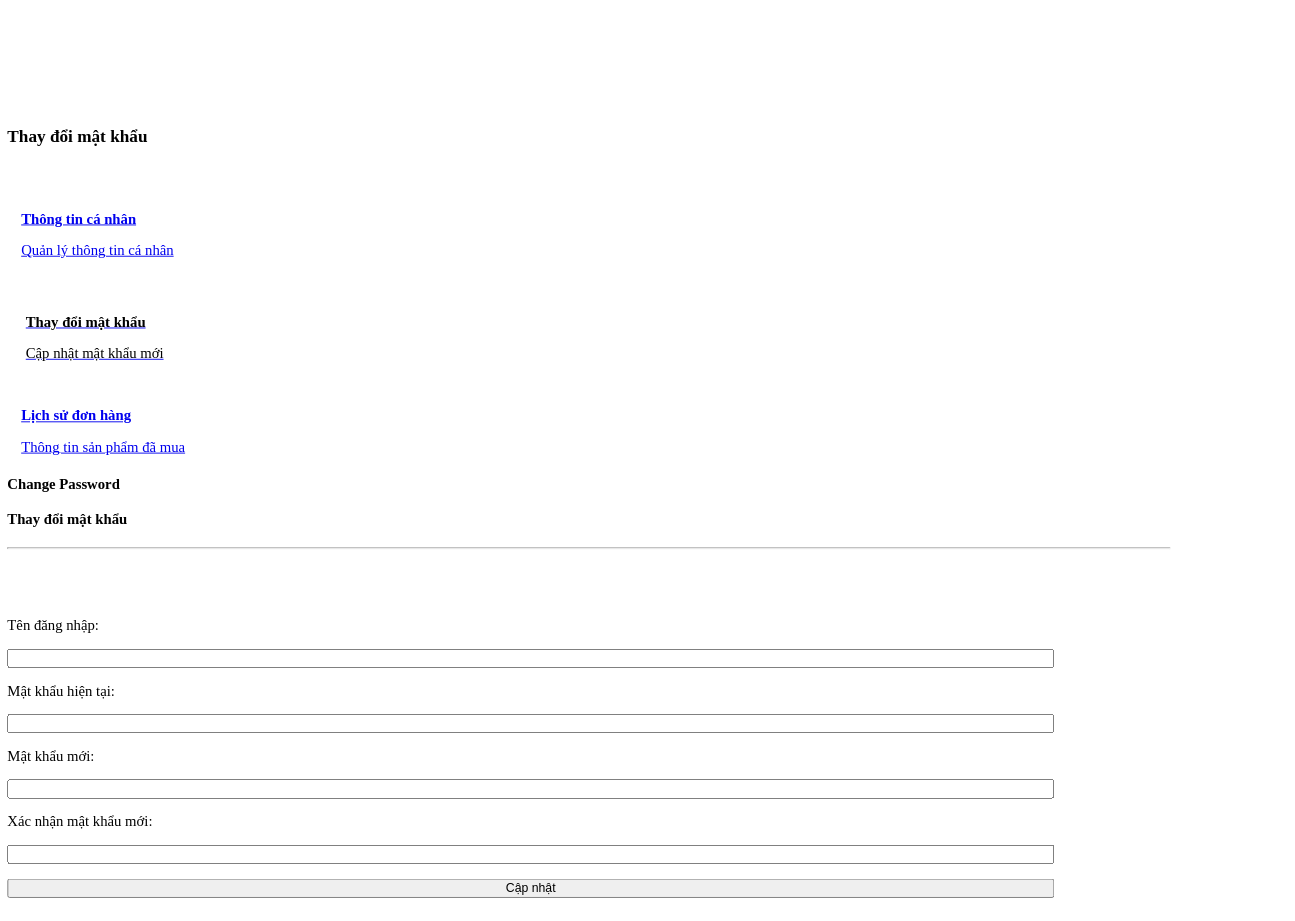
Repository: nguyengiabao245/NHOM3_C2
Page: http://localhost/DoAnJava/WEB-INF/views/account/change.jsp
The author's editor kept a copy of each file at every save. The page is drawn from the files as they stood at one save, then again after the next save.
The browser window is 1280 px wide. The page is 1408 px wide, so the pictures cover 1408 px, including what lies to the right of the window. The pictures show the whole page, at 92% of full size.
The page is served by Tomcat 9. Nobody is signed in. The template is opened directly, without the code that normally fills it, so the values that code supplies are empty.

Above is the page before, as saved 2022-05-16 06:14:06.

After the next save:
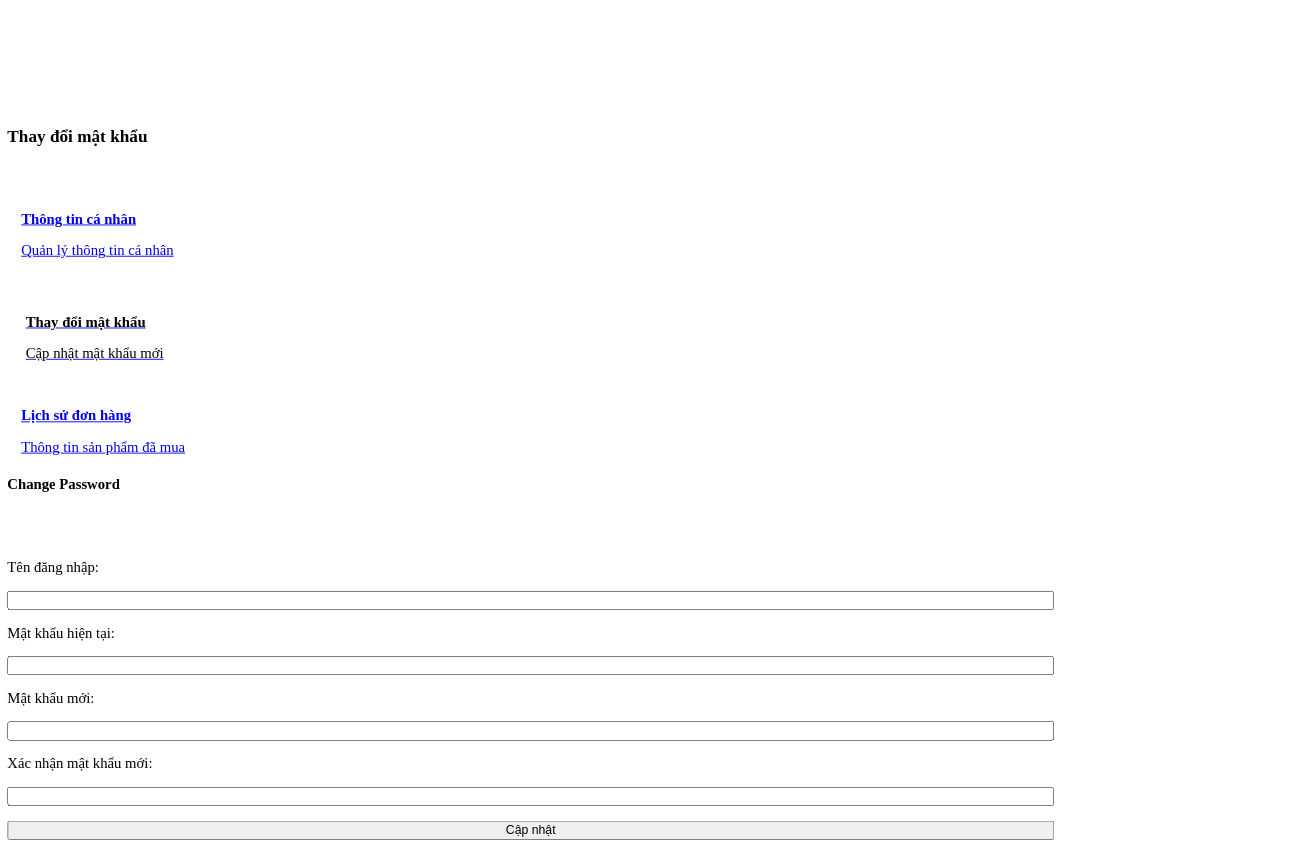
Saved 7 s later.
--- a/DoAnJava/src/main/webapp/WEB-INF/views/account/change.jsp
+++ b/DoAnJava/src/main/webapp/WEB-INF/views/account/change.jsp
@@ -70,8 +70,6 @@
 						<div class="panel-heading">
 							<h4 class="panel-title">Change Password</h4>
 						</div>
-					<h4 style="font-weight: 600">Thay đổi mật khẩu</h4>
-					<hr>
 					<h4 class="label label-success">${message}</h4>
 					<form:form action="/account/change" method="post" modelAttribute="form" enctype="multipart/form-data">
 						<br>
